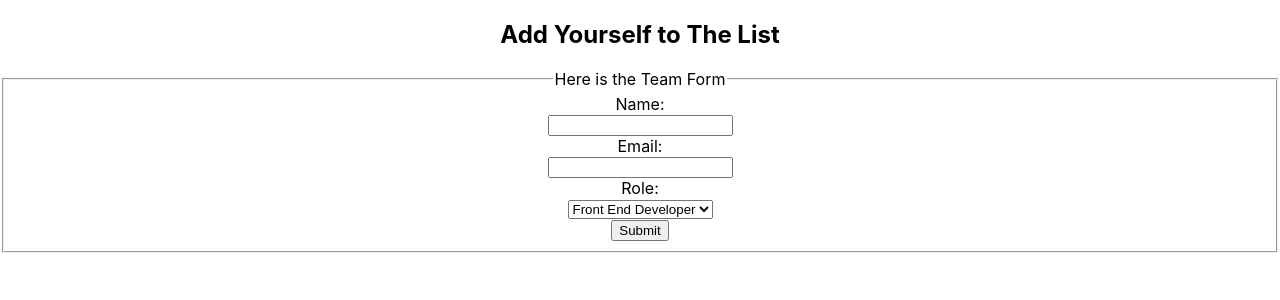
Repository: geedtd/team-builder
Page: /
The author's editor kept a copy of each file at every save. The page is drawn from the files as they stood at one save, then again after the next save.
The browser window is 1280 px wide. The pictures show the whole page.
The project was rebuilt for these pictures with package versions that can differ from the ones it lists, and the page was loaded fresh each time.

Above is the page before, as saved 2020-01-24 14:38:40.

### src/App.js
import React from 'react';
import Form from './Form';
import './App.css';

function App() {
  // const [member, setMember] = useState({id:1, data: {name:()}})
  // console.log(member);
  return (
    <div className="App">
      <div className="member-list">
      <h2>Add Yourself to The List</h2>
      </div>
      <Form />
    </div>
  );
}

export default App;

### src/Form.js
import React, { useState } from 'react';

function Form() {
    const [user, setUser] = useState({username: "", email: "", role: "" })

    function trackChange(event) {
        const updatedUser =
        {...user, [event.target.name]: event.target.value };
        setUser(updatedUser)
    }
    function displaySubmit(event) {
        event.preventDefault();
        console.log('Username: ', user)
    }
    return(
        <form onSubmit={displaySubmit}>
            <fieldset>
                <legend>Here is the Team Form</legend>
                <div className="form-container">
                    <label htmlFor="username">
                        Name:
                        <div>
                            <input type="text" name="username" onChange={trackChange}/>
                        </div>
                    </label>
                    <label htmlFor="email">
                        Email:
                        <div>
                            <input type="email" name="email" onChange={trackChange} />
                        </div>
                    </label>
                    <label htmlFor="role">
                        Role:
                        <div>
                            <select type="select" name ="role" onChange={trackChange}>
                                <option value="front_end_dev">Front End Developer</option>
                                <option value="back_end_dev">Back End Developer</option>
                                <option value="full_stack_dev">Full Stack Developer</option>
                                <option value="data_analyst">Data Analyst</option>
                            </select>
                        </div>
                    </label>
                    <button type="submit">Submit</button>
                </div>
            </fieldset>
        </form>
    )
}

export default Form;

Loaded but not shown: public/index.html (common file); src/index.js (common file); src/index.css (common file); src/serviceWorker.js (common file); src/App.css (common file)

After the next save:
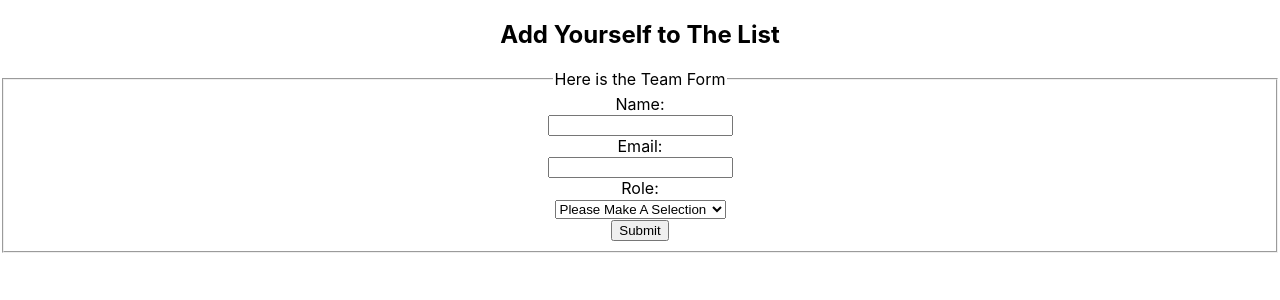
Saved 80 s later.
--- a/src/Form.js
+++ b/src/Form.js
@@ -33,6 +33,7 @@ function Form() {
                         Role:
                         <div>
                             <select type="select" name ="role" onChange={trackChange}>
+                                <option value="">Please Make A Selection</option>
                                 <option value="front_end_dev">Front End Developer</option>
                                 <option value="back_end_dev">Back End Developer</option>
                                 <option value="full_stack_dev">Full Stack Developer</option>
